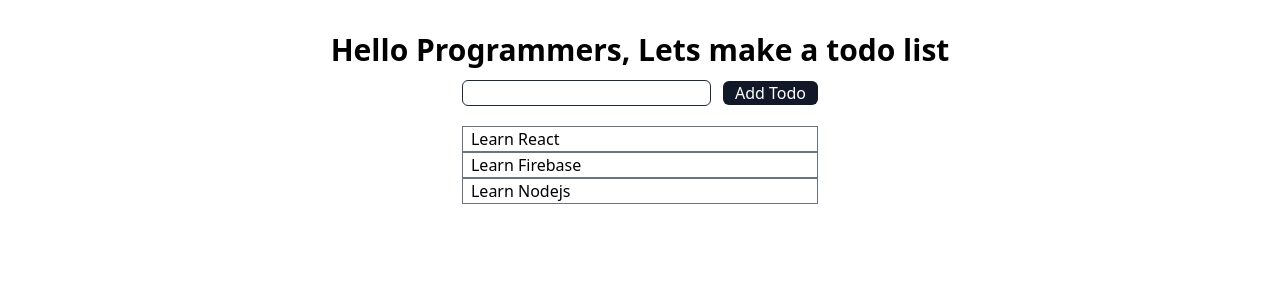
Repository: Shamraiz761/todo_list
Page: /
These files come from the project's save history. The page is drawn as it stood at one moment and after the next save; the edit follows.
The browser window is 1280 px wide. The pictures show the whole page.
The project was rebuilt for these pictures with package versions that can differ from the ones it lists, and the page was loaded fresh each time. Also part of the build but not shown: vite.config.js.

Above is the page before, as saved 2024-01-11 22:40:28.

After the next save:
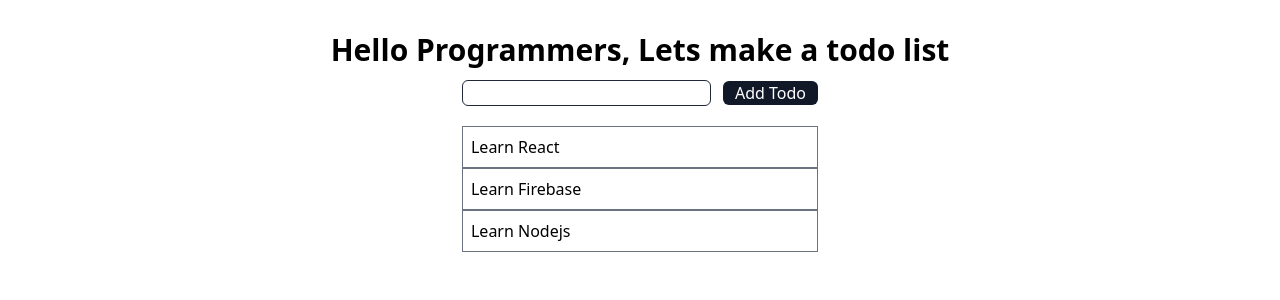
Saved 6 s later.
--- a/src/App.jsx
+++ b/src/App.jsx
@@ -33,7 +33,7 @@ function App() {
           </form>
           <ul className="my-5">
             {todo.map((item, index) => {
-              return <li className="border border-gray-500 pl-2 " key={index}>{item}</li>;
+              return <li className="border border-gray-500 pl-2 py-2 " key={index}>{item}</li>;
             })}
           </ul>
         </div>
